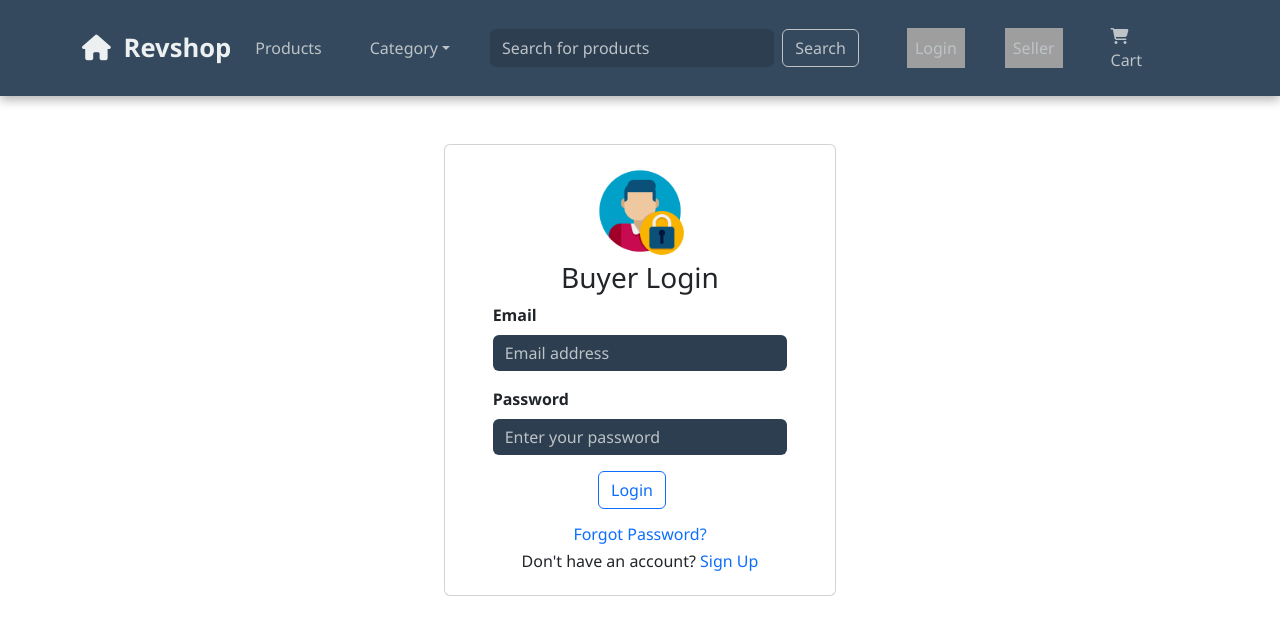
Repository: pratikp99/E-Commerce-Webapp-
Page: http://localhost/Revshop_WebApp/login.jsp
An editor plug-in stored every save of this project. The page is shown before and after the next save, followed by the edit.
The browser window is 1280 px wide. The pictures show the whole page.
Pictures or frames that could not be fetched are drawn as grey boxes. The page is served by Tomcat 10. Other server files are loaded and not shown. Queries for data that is not in the repository find no rows.

Above is the page before, as saved 2024-08-31 15:18:18.

### Revshop WebApp/src/main/webapp/login.jsp
<%@ page language="java" contentType="text/html; charset=ISO-8859-1"
	pageEncoding="ISO-8859-1"%>
<!DOCTYPE html>
<html>
<head>
<meta charset="ISO-8859-1">
<title>Login</title>
<%@include file="Components/common_css_js.jsp"%>
<style>
label{
	font-weight: bold;
}
</style>
</head>
<body >

	<!--navbar -->
	<%@include file="Components/navbar.jsp"%>

	<div class="container-fluid">
		<div class="row mt-5">
			<div class="col-md-4 offset-md-4">
				<div class="card">
					<div class="card-body px-5">

						<div class="container text-center">
							<img src="Images/login.png" style="max-width: 100px;"
								class="img-fluid">
						</div>
						<h3 class="text-center">Buyer Login</h3>
						<%@include file="Components/alert_message.jsp" %>

						<!--login-form-->
						<form id="login-form" action="login" method="post">
							<input type="hidden" name="login" value="user">
							<div class="mb-3">
								<label class="form-label">Email</label> <input
									type="email" name="user_email" placeholder="Email address"
									class="form-control" required>
							</div>
							<div class="mb-3">
								<label class="form-label">Password</label>
								<input type="password" name="user_password"
									placeholder="Enter your password" class="form-control" required>
							</div>
							<div id="login-btn" class="container text-center">
								<button type="submit" class="btn btn-outline-primary me-3">Login</button>
							</div>
						</form>
						<div class="mt-3 text-center">
							<h6><a href="forgot_password.jsp" style="text-decoration: none">Forgot Password?</a></h6>
							<h6>
								Don't have an account?<a href="register.jsp"
									style="text-decoration: none"> Sign Up</a>
							</h6>
						</div>
					</div>

				</div>
			</div>
		</div>
	</div>
</body>
</html>

### Revshop WebApp/src/main/webapp/Components/common_css_js.jsp
<!--CSS-->
<link href="https://cdn.jsdelivr.net/npm/bootstrap@5.3.0/dist/css/bootstrap.min.css" rel="stylesheet" integrity="sha384-9ndCyUaIbzAi2FUVXJi0CjmCapSmO7SnpJef0486qhLnuZ2cdeRhO02iuK6FUUVM" crossorigin="anonymous">
<!--font awesome-->
<!--<link rel="stylesheet" href="https://cdnjs.cloudflare.com/ajax/libs/font-awesome/4.7.0/css/font-awesome.min.css">
-->
<link rel="stylesheet" href="https://cdnjs.cloudflare.com/ajax/libs/font-awesome/6.4.0/css/all.min.css">
<link rel="stylesheet" href="CSS/style.css"/>


<!--JavaScript-->
<script src="https://cdn.jsdelivr.net/npm/bootstrap@5.3.0/dist/js/bootstrap.bundle.min.js" integrity="sha384-geWF76RCwLtnZ8qwWowPQNguL3RmwHVBC9FhGdlKrxdiJJigb/j/68SIy3Te4Bkz" crossorigin="anonymous"></script>
<script src="JS/script.js"></script>

<!--jQuery-->
<script src="https://code.jquery.com/jquery-3.7.0.min.js" integrity="sha256-2Pmvv0kuTBOenSvLm6bvfBSSHrUJ+3A7x6P5Ebd07/g=" crossorigin="anonymous"></script>
<!--sweet alert-->
<script src="https://unpkg.com/sweetalert/dist/sweetalert.min.js"></script>
<script src="https://cdn.jsdelivr.net/npm/sweetalert2@11"></script>

### Revshop WebApp/src/main/webapp/Components/navbar.jsp
<%@page import="com.revature.ecom.DAO.categoryDAO"%>
<%@page import="com.revature.ecom.Models.adminModel"%>
<%@page import="com.revature.ecom.Models.cartModel"%>
<%@page import="com.revature.ecom.DAO.cartDAO"%>
<%@page import="com.revature.ecom.Models.userModel"%>
<%@page import="java.util.List"%>
<%@page import="com.revature.ecom.Models.categoryModel"%>
<%@page import="com.revature.ecom.Utils.DatabaseUtil"%>
<%@page import="com.revature.ecom.DAO.categoryDAO"%>
<%
userModel user = (userModel) session.getAttribute("activeUser");
adminModel admin = (adminModel) session.getAttribute("activeAdmin");

categoryDAO catDao = new categoryDAO(DatabaseUtil.getConnection());
List<categoryModel> categoryList = catDao.getAllCategories();
%>

<style>
/* General navbar styling */
.navbar {
    background-color: #34495e;
    padding: 1rem;
    box-shadow: 0px 4px 10px rgba(0, 0, 0, 0.3);
}

.navbar-brand {
    font-size: 1.6rem;
    font-weight: bold;
    color: #ecf0f1 !important;
}

.nav-link {
    color: #bdc3c7 !important;
    margin-right: 1rem;
    transition: color 0.3s, background-color 0.3s;
}

.nav-link:hover {
    color: #ecf0f1 !important;
    background-color: rgba(255, 255, 255, 0.1);
}

.navbar-toggler {
    border-color: #ecf0f1;
}

.navbar-toggler-icon {
    background-image: url("data:[embedded picture, 217 characters]");
}

.dropdown-menu {
    background-color: #2c3e50 !important;
    border: none;
}

.dropdown-item {
    color: #bdc3c7 !important;
    transition: background-color 0.3s, color 0.3s;
}

.dropdown-item:hover {
    background-color: #34495e !important;
    color: #ecf0f1 !important;
}

.badge {
    font-size: 0.75rem;
    background-color: #e74c3c;
}

/* Button styling */
.btn-outline-light {
    color: #bdc3c7;
    border-color: #bdc3c7;
    transition: color 0.3s, border-color 0.3s;
}

.btn-outline-light:hover {
    color: #ecf0f1;
    border-color: #ecf0f1;
}

/* Flexbox alignment */
.navbar-nav {
    display: flex;
    align-items: center;
}

.navbar-nav .nav-item {
    margin-right: 1rem;
}

.form-control {
    background-color: #2c3e50 !important;
    border: none;
    color: #ecf0f1;
    margin-right: 0.5rem;
}

.form-control::placeholder {
    color: #bdc3c7;
}

.form-control:focus {
    box-shadow: none;
    border-color: #ecf0f1;
}

@media (max-width: 992px) {
    .navbar-collapse {
        flex-direction: column;
    }

    .navbar-nav {
        flex-direction: column;
        width: 100%;
    }

    .navbar-nav .nav-item {
        margin-right: 0;
        margin-bottom: 1rem;
    }

    .form-control {
        margin-bottom: 1rem;
        width: 100%;
    }
}

/* Specific logo styles */
.navbar-nav .register-link {
    background-image: url('path/to/register-icon.png');
    background-repeat: no-repeat;
    background-position: left center;
    padding-left: 30px; /* Adjust based on the size of the icon */
}

.navbar-nav .buyer-link {
    background-image: url('path/to/buyer-icon.png');
    background-repeat: no-repeat;
    background-position: left center;
    padding-left: 30px; /* Adjust based on the size of the icon */
}

.navbar-nav .seller-link {
    background-image: url('path/to/seller-icon.png');
    background-repeat: no-repeat;
    background-position: left center;
    padding-left: 30px; /* Adjust based on the size of the icon */
}
</style>

<nav class="navbar navbar-expand-lg navbar-dark">
    <div class="container">
        <a class="navbar-brand" href="index.jsp"><i class="fa-sharp fa-solid fa-house"></i>&ensp;Revshop</a>
        <button class="navbar-toggler" type="button" data-bs-toggle="collapse" data-bs-target="#navbarSupportedContent"
            aria-controls="navbarSupportedContent" aria-expanded="false" aria-label="Toggle navigation">
            <span class="navbar-toggler-icon"></span>
        </button>
        <div class="collapse navbar-collapse" id="navbarSupportedContent">
            <% if (admin != null) { %>
            <!-- Admin nav bar -->
            <ul class="navbar-nav me-auto mb-2 mb-lg-0">
                <li class="nav-item"><button type="button" class="btn nav-link" data-bs-toggle="modal"
                        data-bs-target="#add-category"><i class="fa-solid fa-plus fa-xs"></i>Add Category</button></li>
                <li class="nav-item"><button type="button" class="btn nav-link" data-bs-toggle="modal"
                        data-bs-target="#add-product"><i class="fa-solid fa-plus fa-xs"></i>Add Product</button></li>
            </ul>
            <ul class="navbar-nav ms-auto">
                <li class="nav-item"><a class="nav-link" href="admin.jsp"><%=admin.getName()%></a></li>
                <li class="nav-item"><a class="nav-link" href="logout?user=admin"><i class="fa-solid fa-user-slash fa-sm"></i>&nbsp;Logout</a></li>
            </ul>
            <% } else { %>
            <!-- General nav bar -->
            <ul class="navbar-nav me-auto mb-2 mb-lg-0">
                <li class="nav-item"><a class="nav-link" href="products.jsp" role="button" aria-expanded="false">Products</a></li>
                <li class="nav-item dropdown">
                    <a class="nav-link dropdown-toggle" href="#" role="button" data-bs-toggle="dropdown" aria-expanded="false">Category</a>
                    <ul class="dropdown-menu">
                        <li><a class="dropdown-item" href="products.jsp?category=0">All Products</a></li>
                        <% for (categoryModel c : categoryList) { %>
                        <li><a class="dropdown-item" href="products.jsp?category=<%=c.getCategoryId()%>"><%=c.getCategoryName()%></a></li>
                        <% } %>
                    </ul>
                </li>
            </ul>
            <form class="d-flex pe-5" role="search" action="products.jsp" method="get">
                <input name="search" class="form-control me-2" size="50" type="search" placeholder="Search for products" aria-label="Search">
                <button class="btn btn-outline-light" type="submit">Search</button>
            </form>

            <% if (user != null) {
                cartDAO cartDao = new cartDAO(DatabaseUtil.getConnection());
                int cartCount = cartDao.getCartCountByUserId(user.getUserId());
            %>
            <ul class="navbar-nav ms-auto">
                <li class="nav-item pe-3"><a class="nav-link position-relative" href="cart.jsp"><i class="fa-solid fa-cart-shopping"></i> Cart<span class="position-absolute top-0 start-100 translate-middle badge rounded-pill bg-danger"><%=cartCount%></span></a></li>
                <li class="nav-item pe-3"><a class="nav-link" href="profile.jsp"><%=user.getUserName()%></a></li>
                <li class="nav-item pe-3"><a class="nav-link" href="logout?user=user"><i class="fa-solid fa-user-slash"></i> Logout</a></li>
            </ul>
            <% } else { %>
            <ul class="navbar-nav ms-auto">
                <li class="nav-item pe-2"><a class="nav-link buyer-link" href="login.jsp">Login</a></li>
                <li class="nav-item pe-2"><a class="nav-link seller-link" href="adminlogin.jsp">Seller</a></li>
                <li class="nav-item pe-3"><a class="nav-link position-relative" href="cart.jsp"><i class="fa-solid fa-cart-shopping"></i> Cart<span class="position-absolute top-0 start-100 translate-middle badge rounded-pill bg-danger"></span></a></li>
            </ul>
            <% } %>
            <% } %>
        </div>
    </div>
</nav>

### Revshop WebApp/src/main/webapp/Components/alert_message.jsp
<%@page import="com.revature.ecom.Models.messageModel"%>
<%
messageModel messg = (messageModel) session.getAttribute("message");
if (messg != null) {
%>
<div class="alert <%=messg.getCssClass()%>" role="alert" id="alert">
	<%=messg.getMessage()%>
</div>
<%
session.removeAttribute("message");
}
%>
<script type="text/javascript">
	setTimeout(function() {
		$('#alert').alert('close');
	}, 3000);
</script>

### Revshop WebApp/src/main/java/com/revature/ecom/DAO/categoryDAO.java
package com.revature.ecom.DAO;
import com.revature.ecom.Models.categoryModel;

import java.sql.Connection;
import java.sql.PreparedStatement;
import java.sql.ResultSet;
import java.sql.SQLException;
import java.sql.Statement;
import java.util.ArrayList;
import java.util.List;

public class categoryDAO {
	private Connection con;

	public categoryDAO(Connection con) {
		super();
		this.con = con;
	}

	public boolean saveCategory(categoryModel category) {
		boolean flag = false;

		try {
			String query = "insert into category(name, image) values(?, ?)";
			PreparedStatement psmt = this.con.prepareStatement(query);
			psmt.setString(1, category.getCategoryName());
			psmt.setString(2, category.getCategoryImage());

			psmt.executeUpdate();
			flag = true;

		} catch (SQLException e) {
			e.printStackTrace();
		}
		return flag;
	}

	public List<categoryModel> getAllCategories() {

		List<categoryModel> list = new ArrayList<>();
		try {

			String query = "select * from category";
			Statement statement = this.con.createStatement();

			ResultSet rs = statement.executeQuery(query);
			while (rs.next()) {
				categoryModel category = new categoryModel();
				category.setCategoryId(rs.getInt("cid"));
				category.setCategoryName(rs.getString("name"));
				category.setCategoryImage(rs.getString("image"));

				list.add(category);
			}
		} catch (Exception e) {
			e.printStackTrace();
		}

		return list;
	}
	public categoryModel getCategoryById(int cid) {
		categoryModel category = new categoryModel();
		try {
			String query = "select * from category where cid = ?";
			PreparedStatement psmt = this.con.prepareStatement(query);
			psmt.setInt(1, cid);
			ResultSet rs = psmt.executeQuery();
			while (rs.next()) {
				category.setCategoryId(rs.getInt("cid"));
				category.setCategoryName(rs.getString("name"));
				category.setCategoryImage(rs.getString("image"));
			}
		} catch (Exception e) {
			e.printStackTrace();
		}
		return category;
	}
	public String getCategoryName(int catId) {
		String category = "";
		try {
			String query = "select * from category where cid = ?";
			PreparedStatement psmt = this.con.prepareStatement(query);
			psmt.setInt(1, catId);
			ResultSet rs = psmt.executeQuery();
			while (rs.next()) {
				category = rs.getString("name");
			}

		} catch (Exception e) {
			e.printStackTrace();
		}
		return category;
	}

	public void updateCategory(categoryModel cat) {
		try {
			String query = "update category set name=?, image=? where cid=?";
			PreparedStatement psmt = this.con.prepareStatement(query);
			psmt.setString(1, cat.getCategoryName());
			psmt.setString(2, cat.getCategoryImage());
			psmt.setInt(3, cat.getCategoryId());

			psmt.executeUpdate();
		} catch (Exception e) {
			e.printStackTrace();
		}
	}

	public void deleteCategory(int cid) {
		try {
			String query = "delete from category where cid = ?";
			PreparedStatement psmt = this.con.prepareStatement(query);
			psmt.setInt(1, cid);

			psmt.executeUpdate();

		} catch (Exception e) {
			e.printStackTrace();
		}
	}
	public int categoryCount() {
		int count = 0;
		try {
			String query = "select count(*) from category";
			Statement stmt = con.createStatement();
			ResultSet rs = stmt.executeQuery(query);
			rs.next();
			count = rs.getInt(1);
		} catch (Exception e) {
			e.printStackTrace();
		}
		return count;
	}
}

### Revshop WebApp/src/main/java/com/revature/ecom/Utils/DatabaseUtil.java
package com.revature.ecom.Utils;

import java.io.IOException;
import java.io.InputStream;
import java.sql.Connection;
import java.sql.DriverManager;
import java.sql.SQLException;
import java.util.Properties;

public class DatabaseUtil {
    private static Connection conn;

    public static Connection getConnection() throws ClassNotFoundException {
        if (conn == null) {
            try {
                Properties props = new Properties();
                InputStream inputStream = DatabaseUtil.class.getClassLoader().getResourceAsStream("utils.properties");
                props.load(inputStream);

                String url = props.getProperty("db.url");
                String username = props.getProperty("db.username");
                String password = props.getProperty("db.password");

                try {
                    Class.forName("com.mysql.cj.jdbc.Driver");
                } catch (ClassNotFoundException e) {
                    throw new RuntimeException("Error loading MySQL JDBC driver", e);
                }

                conn = DriverManager.getConnection(url, username, password);
            } catch (IOException | SQLException e) {
                throw new RuntimeException("Error establishing database connection", e);
            }
        }
        return conn;
    }
}

### Revshop WebApp/src/main/webapp/CSS/style.css
/* General Body and Typography */
body {
    font-family: 'Segoe UI', Arial,Tahoma, Geneva, Verdana, sans-serif;
    color: #343a40;
    margin: 0;
    padding: 0;

}

/* Container */
.container-fluid {
    max-width: 100%;
    padding-left: 15px;
    padding-right: 15px;
    margin: 0 auto;
}

/* Row */
.row {
    margin-left: 0;
    margin-right: 0;
}

/* Columns */
.col {
    padding-left: 0;
    padding-right: 0;
}

/* Product Card */
.product-card {
    border: none;
    border-radius: 10px;
    background-color: #fff;
    transition: transform 0.3s, box-shadow 0.3s;
}

.product-card:hover {
    transform: translateY(-5px);
    box-shadow: 0 8px 20px rgba(0, 0, 0, 0.15);
}

/* Product Image */
.product-image {
    border-radius: 10px 10px 0 0;
    object-fit: cover;
    width: 100%;
    height: 250px;
}

/* Wishlist Icon */
.wishlist-icon {
    position: absolute;
    top: 15px;
    right: 15px;
    width: 40px;
    height: 40px;
    border-radius: 50%;
    background-color: rgba(255, 255, 255, 0.9);
    display: flex;
    align-items: center;
    justify-content: center;
    box-shadow: 0 2px 8px rgba(0, 0, 0, 0.1);
    cursor: pointer;
}

/* Product Text */
.card-title {
    font-size: 1.2rem;
    font-weight: bold;
    color: #333;
    margin-bottom: 10px;
}

.real-price {
    font-size: 1.5rem;
    font-weight: 700;
    color: #e73570;
}

.product-price {
    font-size: 1.1rem;
    text-decoration: line-through;
    color: #6c757d;
}

.product-discount {
    font-size: 1rem;
    color: #28a745;
    font-weight: 600;
}

.product-description {
    font-size: 0.9rem;
    color: #555;
}

/* Buttons */
.btn-primary {
    background-color: #ff4081;
    border-color: #ff4081;
    transition: background-color 0.3s ease;
}

.btn-primary:hover {
    background-color: #e73570;
    border-color: #e73570;
}

.btn-block {
    display: block;
    width: 100%;
}

/* Utility classes */
.m-0 {
    margin: 0 !important;
}

.p-0 {
    padding: 0 !important;
}

/* Additional Styles for Improved Layout */
.bg-light {
    background-color: #f8f9fa;
}

### Revshop WebApp/src/main/webapp/CSS/styles2.css
/* styles2.css */

body {
    font-family: 'Arial', sans-serif;
    background-color: #f8f9fa;
}

.navbar {
    margin-bottom: 30px;
}

.admin-avatar {
    border-radius: 50%;
    max-width: 150px;
}

.card {
    border: none;
    transition: transform 0.2s ease-in-out;
}

.card:hover {
    transform: scale(1.05);
}

.hover-shadow {
    box-shadow: 0 4px 8px rgba(0, 0, 0, 0.2);
}

.icon-size {
    max-width: 50px;
}

.modal-header {
    background-color: #2874f0;
    color: #fff;
}

.modal-footer .btn-primary {
    background-color: #2874f0;
}

.modal-body input, .modal-body select, .modal-body textarea {
    border-radius: 5px;
    border: 1px solid #ccc;
}

.modal-footer .btn-secondary {
    background-color: #6c757d;
}

.text-center h2 {
    font-size: 24px;
    font-weight: bold;
}

Loaded but not shown: Revshop WebApp/src/main/webapp/JS/script.js (common file)

After the next save:
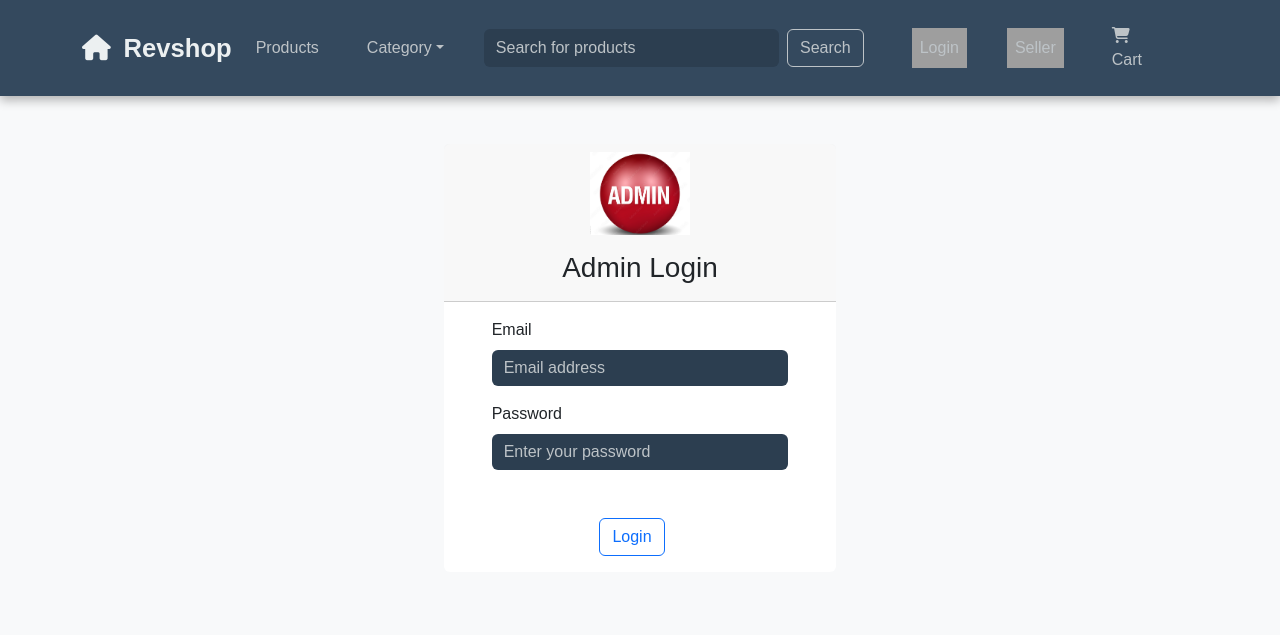
Saved 7 min 52 s later.
--- a/Revshop WebApp/src/main/webapp/login.jsp
+++ b/Revshop WebApp/src/main/webapp/login.jsp
@@ -1,64 +1,48 @@
-<%@ page language="java" contentType="text/html; charset=ISO-8859-1"
-	pageEncoding="ISO-8859-1"%>
+<%@ page language="java" contentType="text/html; charset=ISO-8859-1" pageEncoding="ISO-8859-1"%>
 <!DOCTYPE html>
-<html>
+<html lang="en">
 <head>
-<meta charset="ISO-8859-1">
-<title>Login</title>
-<%@include file="Components/common_css_js.jsp"%>
-<style>
-label{
-	font-weight: bold;
-}
-</style>
+    <meta charset="ISO-8859-1">
+    <meta name="viewport" content="width=device-width, initial-scale=1, shrink-to-fit=no">
+    <title>Admin Login</title>
+    <%@include file="Components/common_css_js.jsp"%>
+    <link rel="stylesheet" href="styles2.css">
 </head>
-<body >
+<body>
+    <!--navbar -->
+    <%@include file="Components/navbar.jsp"%>
 
-	<!--navbar -->
-	<%@include file="Components/navbar.jsp"%>
+    <div class="container-fluid">
+        <div class="row mt-5">
+            <div class="col-md-4 offset-md-4">
+                <div class="card">
+                    <div class="card-header px-5 text-center">
+                        <img src="Images/admin.png" style="max-width: 100px;" class="img-fluid">
+                        <h3 class="text-center mt-3">Admin Login</h3>
+                        <%@include file="Components/alert_message.jsp"%>
+                    </div>
+                    <div class="card-body px-5">
+                        <!--login-form-->
+                        <form id="login-form" action="login" method="post">
+                            <input type="hidden" name="login" value="admin">
 
-	<div class="container-fluid">
-		<div class="row mt-5">
-			<div class="col-md-4 offset-md-4">
-				<div class="card">
-					<div class="card-body px-5">
+                            <div class="mb-3">
+                                <label class="form-label">Email</label>
+                                <input type="email" name="email" placeholder="Email address" class="form-control" required>
+                            </div>
+                            <div class="mb-2">
+                                <label class="form-label">Password</label>
+                                <input type="password" name="password" placeholder="Enter your password" class="form-control" required>
+                            </div>
 
-						<div class="container text-center">
-							<img src="Images/login.png" style="max-width: 100px;"
-								class="img-fluid">
-						</div>
-						<h3 class="text-center">Buyer Login</h3>
-						<%@include file="Components/alert_message.jsp" %>
-
-						<!--login-form-->
-						<form id="login-form" action="login" method="post">
-							<input type="hidden" name="login" value="user">
-							<div class="mb-3">
-								<label class="form-label">Email</label> <input
-									type="email" name="user_email" placeholder="Email address"
-									class="form-control" required>
-							</div>
-							<div class="mb-3">
-								<label class="form-label">Password</label>
-								<input type="password" name="user_password"
-									placeholder="Enter your password" class="form-control" required>
-							</div>
-							<div id="login-btn" class="container text-center">
-								<button type="submit" class="btn btn-outline-primary me-3">Login</button>
-							</div>
-						</form>
-						<div class="mt-3 text-center">
-							<h6><a href="forgot_password.jsp" style="text-decoration: none">Forgot Password?</a></h6>
-							<h6>
-								Don't have an account?<a href="register.jsp"
-									style="text-decoration: none"> Sign Up</a>
-							</h6>
-						</div>
-					</div>
-
-				</div>
-			</div>
-		</div>
-	</div>
+                            <div id="login-btn" class="container text-center mt-5">
+                                <button type="submit" class="btn btn-outline-primary me-3">Login</button>
+                            </div>
+                        </form>
+                    </div>
+                </div>
+            </div>
+        </div>
+    </div>
 </body>
 </html>
